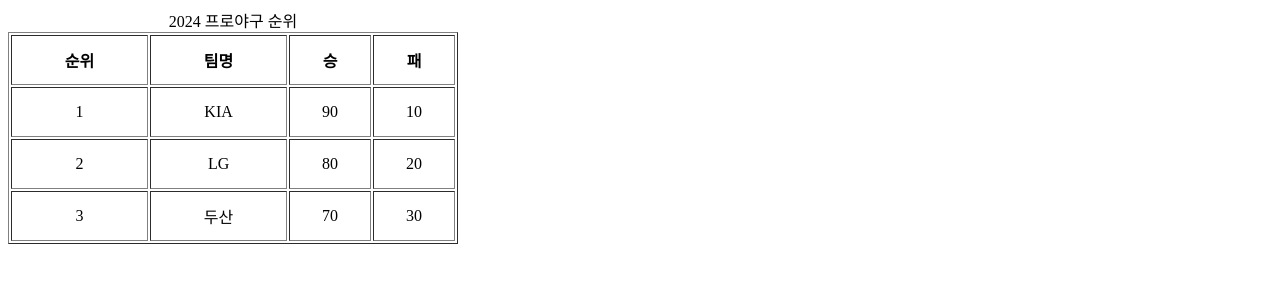
Repository: WonSeungUn/VSCODE
Page: web_work/Html/WebContent/table.html
An editor plug-in stored every save of this project. The page is shown before and after the next save, followed by the edit.
The browser window is 1280 px wide. The pictures show the whole page.

Above is the page before, as saved 2024-07-08 05:21:26.

### web_work/Html/WebContent/table.html
<!DOCTYPE html>
<html>
<head>
<meta charset="UTF-8">
<title>Insert title here</title>
</head>
<body>
	<table width="450" border="1">
		<caption>2024 프로야구 순위</caption>
		<thead>
			<tr height="50" align="center">
				<th>순위</th>
				<th>팀명</th>
				<th>승</th>
				<th>패</th>
			</tr>
		</thead>
		<tbody>
			<tr height="50" align="center">
				<td>1</td>
				<td>KIA</td>
				<td>90</td>
				<td>10</td>
			</tr>
			<tr height="50" align="center">
				<td>2</td>
				<td>LG</td>
				<td>80</td>
				<td>20</td>
			</tr>
			<tr height="50" align="center">
				<td>3</td>
				<td>두산</td>
				<td>70</td>
				<td>30</td>
			</tr>
		</tbody>
	</table>
</body>
</html>

After the next save:
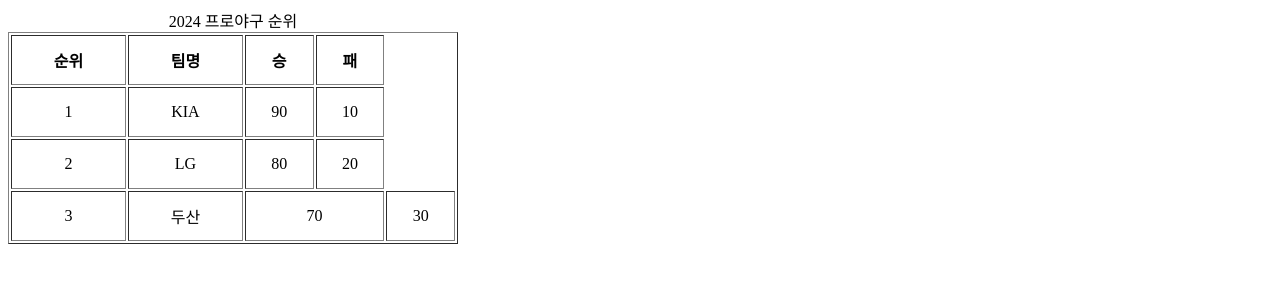
Saved 5 min 51 s later.
--- a/web_work/Html/WebContent/table.html
+++ b/web_work/Html/WebContent/table.html
@@ -31,7 +31,7 @@
 			<tr height="50" align="center">
 				<td>3</td>
 				<td>두산</td>
-				<td>70</td>
+				<td colspan="2">70</td>
 				<td>30</td>
 			</tr>
 		</tbody>
